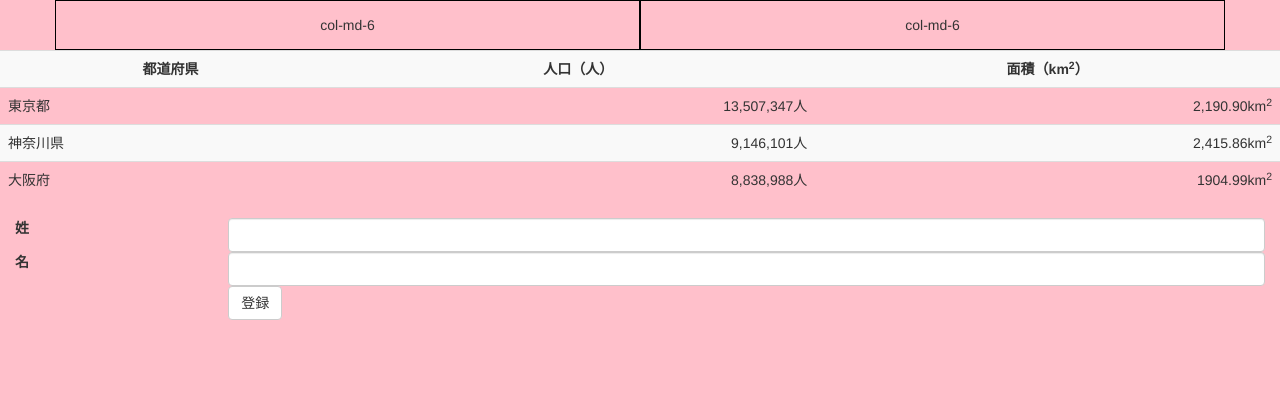
Repository: erika-sugimoto/microposts
Page: bootstrap_lesson.html
The author's editor kept a record of every edit. The page is drawn from the files as they stood at one moment, then again after the next edit.
The browser window is 1280 px wide. The pictures show the whole page.

Above is the page before.

### bootstrap_lesson.html
<!DOCTYPE html>
<html>
    <head>
        <meta charset="utf-8">
        <meta http-equiv="X-UA-Compatible" content="IE=edge">
        <meta name="viewport" content="width=device-width, initial-scale=1">

        <title>Grid System Test</title>

        <!-- Bootstrap CSS-->
        <link rel="stylesheet" href="https://maxcdn.bootstrapcdn.com/bootstrap/3.3.7/css/bootstrap.min.css">
        <!-- jQuery -->
        <script src="https://ajax.googleapis.com/ajax/libs/jquery/1.12.4/jquery.min.js"></script>
        <!-- Bootstrap JavaScript-->
        <script src="https://maxcdn.bootstrapcdn.com/bootstrap/3.3.7/js/bootstrap.min.js"></script>
    <link rel="stylesheet" href="bootstrap_lesson.css">
        <style>
            .row div {
                border: 1px solid #000;
                padding: 1em;
                text-align: center;

            }
        </style>

    </head>
    <body>
        <div class="container">
            <div class="row">
                <div class="col-md-6">col-md-6</div>
                <div class="col-md-6">col-md-6</div>
            </div>
        </div>
        <table class="table table-striped"　>
    <tr>
        <th class="text-center">都道府県</th>
        <th class="text-center">人口（人）</th>
        <th class="text-center">面積（km<sup>2</sup>）</th>
    </tr>
    <tr>
        <td>東京都</td>
        <td class="text-right">13,507,347人</td>
        <td class="text-right">2,190.90km<sup>2</sup></td>
    </tr>
    <tr>
        <td>神奈川県</td>
        <td class="text-right">9,146,101人</td>
        <td class="text-right">2,415.86km<sup>2</sup></td>
    </tr>
    <tr>
        <td>大阪府</td>
        <td class="text-right">8,838,988人</td>
        <td class="text-right">1904.99km<sup>2</sup></td>
    </tr>
</table>
<form　class="form-horizontal">
  <!-- "form-group" expresses a row -->
  <div class="form-group">
    <label class="col-xs-2 control-label">姓</label>
    <div class="col-xs-10">
      <input type="text" class="form-control" name="lastname">
    </div>

  </div>

  <!-- row -->
  <div class="form-group">
    <label class="col-xs-2 control-label">名</label>
    <div class="col-xs-10">
      <input type="text" class="form-control" name="
      firstname">
    </div>
  </div>

  <!-- row -->
  <div class="form-group">
    <div class="col-xs-offset-2 col-sm-10">
      <button type="submit" class="btn btn-default">登録</button>
    </div>
  </div>
</form>
    </body>
</html>

### bootstrap_lesson.css
@charset "UTF-8";

body {
  background-color: #000;
}

@media (min-width: 500px) {
    /* style applied if window's width is 500px or more */
    body {
        background-color: pink;
    }
}

@media (min-width: 750px) {
    /* style applied if window's width is 750px or more */
    body {
        background-color: red;
    }
}

@media (min-width: 1000px) {
    /* style applied if window's width is 1000px or more */
    body {
        background-color: pink;
    }
}

#erika{
    background-color:#7fffd4;

}

#mihana{
    background-color:#ff69b4;

}

After the next edit:
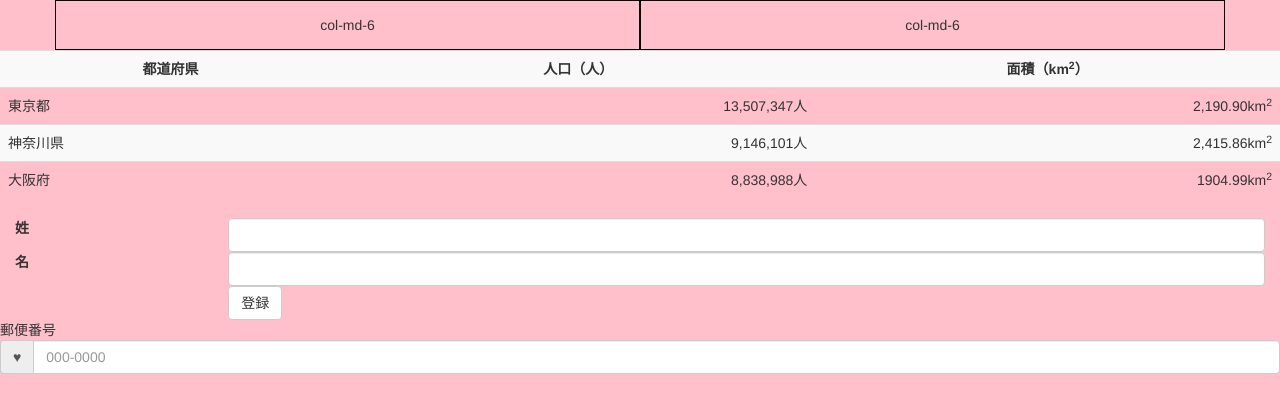
The edit:
--- a/bootstrap_lesson.html
+++ b/bootstrap_lesson.html
@@ -79,5 +79,14 @@
     </div>
   </div>
 </form>
+    <form>
+  郵便番号
+  <div class="input-group">
+    <!-- left accessory -->
+    <span class="input-group-addon">♥</span>
+
+    <input type="text" class="form-control" placeholder="000-0000">
+  </div>
+</form>
     </body>
 </html>
